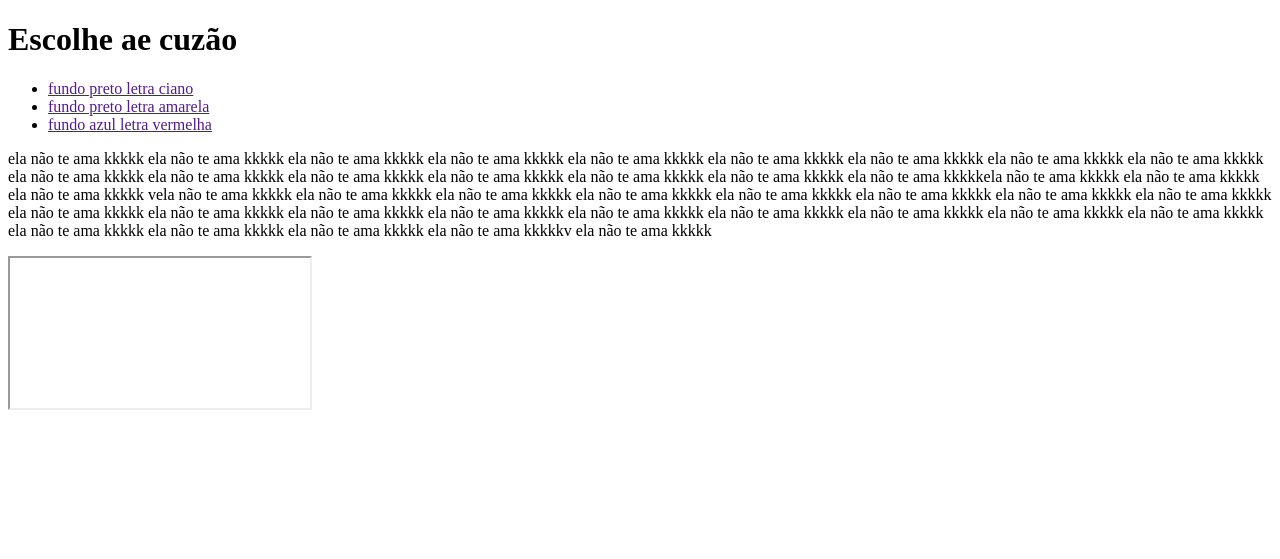
Repository: Leonngc/html-css
Page: ex024/otarios.html
These files come from the project's save history. The page is drawn as it stood at one moment and after the next save; the edit follows.
The browser window is 1280 px wide. The pictures show the whole page.

Above is the page before, as saved 2022-11-15 18:42:40.

### ex024/otarios.html
<!DOCTYPE html>
<html lang="pt-br">
<head>
    <meta charset="UTF-8">
    <meta http-equiv="X-UA-Compatible" content="IE=edge">
    <meta name="viewport" content="width=device-width, initial-scale=1.0">
    <title>Iframes</title>
</head>
<body>
    <h1>Escolhe ae cuzão</h1>
    <ul>
        <li><a href="">fundo preto letra ciano</a></li>
        <li><a href="">fundo preto letra amarela</a></li>
        <li><a href="">fundo azul letra vermelha</a></li>
    </ul>

    <p>ela não te ama kkkkk ela não te ama kkkkk ela não te ama kkkkk ela não te ama kkkkk ela não te ama kkkkk ela não te ama kkkkk ela não te ama kkkkk ela não te ama kkkkk ela não te ama kkkkk ela não te ama kkkkk ela não te ama kkkkk ela não te ama kkkkk ela não te ama kkkkk ela não te ama kkkkk ela não te ama kkkkk ela não te ama kkkkkela não te ama kkkkk ela não te ama kkkkk ela não te ama kkkkk vela não te ama kkkkk ela não te ama kkkkk ela não te ama kkkkk ela não te ama kkkkk ela não te ama kkkkk ela não te ama kkkkk ela não te ama kkkkk ela não te ama kkkkk ela não te ama kkkkk ela não te ama kkkkk ela não te ama kkkkk ela não te ama kkkkk ela não te ama kkkkk ela não te ama kkkkk ela não te ama kkkkk ela não te ama kkkkk ela não te ama kkkkk ela não te ama kkkkk ela não te ama kkkkk ela não te ama kkkkk ela não te ama kkkkkv ela não te ama kkkkk</p>



    <iframe src=""></iframe>
</body>
</html>

After the next save:
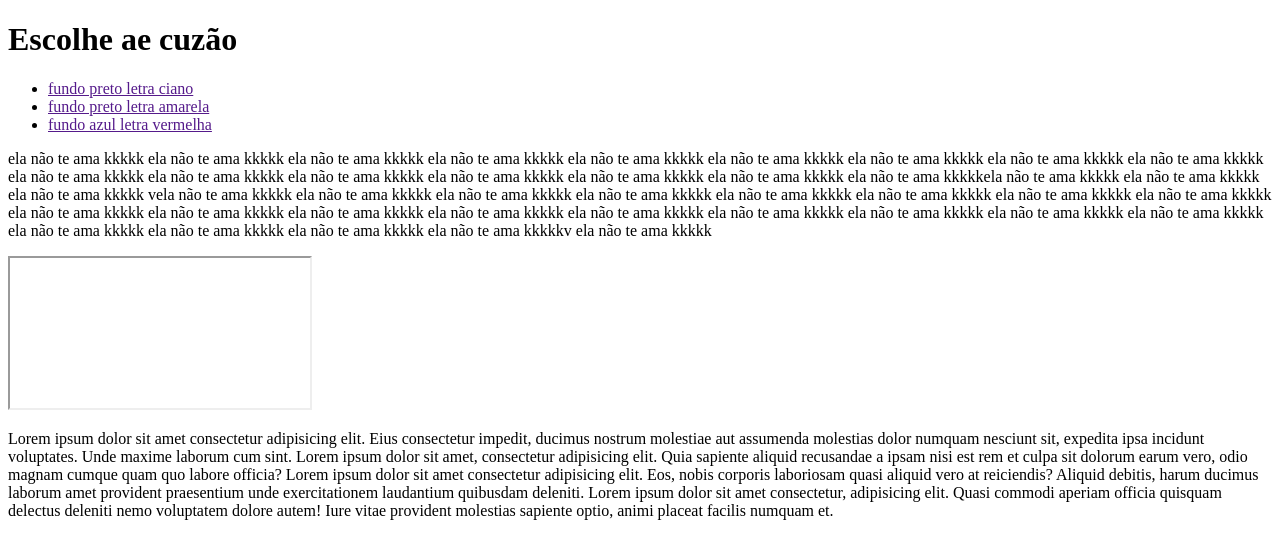
Saved 5 s later.
--- a/ex024/otarios.html
+++ b/ex024/otarios.html
@@ -19,5 +19,7 @@
 
 
     <iframe src=""></iframe>
+
+    <p>Lorem ipsum dolor sit amet consectetur adipisicing elit. Eius consectetur impedit, ducimus nostrum molestiae aut assumenda molestias dolor numquam nesciunt sit, expedita ipsa incidunt voluptates. Unde maxime laborum cum sint. Lorem ipsum dolor sit amet, consectetur adipisicing elit. Quia sapiente aliquid recusandae a ipsam nisi est rem et culpa sit dolorum earum vero, odio magnam cumque quam quo labore officia? Lorem ipsum dolor sit amet consectetur adipisicing elit. Eos, nobis corporis laboriosam quasi aliquid vero at reiciendis? Aliquid debitis, harum ducimus laborum amet provident praesentium unde exercitationem laudantium quibusdam deleniti. Lorem ipsum dolor sit amet consectetur, adipisicing elit. Quasi commodi aperiam officia quisquam delectus deleniti nemo voluptatem dolore autem! Iure vitae provident molestias sapiente optio, animi placeat facilis numquam et.</p>
 </body>
 </html>
